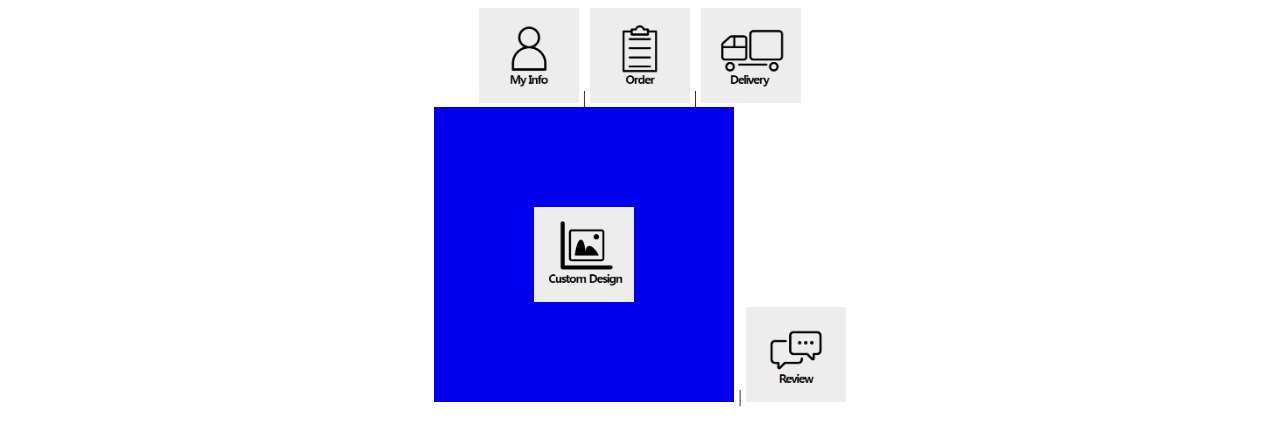
Repository: sjeong12/Photos
Page: http://localhost/LSJ_PHOTO/myPage.jsp
An editor plug-in stored every save of this project. The page is shown before and after the next save, followed by the edit.
The browser window is 1280 px wide. The pictures show the whole page.
The page is served by Tomcat 9. Other server files are loaded and not shown.

Above is the page before, as saved 2016-12-06 08:43:02.

### LSJ_PHOTO/WebContent/myPage.jsp
<%@ page contentType="text/html;charset=utf-8" %>
<html><head><title>ONLINE PHOTO STUDIO</title></head>
<body>

<div id="bottom" style="text-align:center;">
		<%String userid = (String)session.getAttribute("G_MEMID");%>
		<a href="/LSJ_PHOTO/home.jsp?page=/ch09/member_update&puserid=<%= userid %>">
		<img src="homepageImage/MyPage/myInfo.png" width="100"/></a> |
		<a href="/LSJ_PHOTO/home.jsp?page=/ch09/member_update&puserid=<%= userid %>">
		<img src="homepageImage/MyPage/order.png" width="100"/></a> |
		<a href="/LSJ_PHOTO/home.jsp?page=/ch09/member_update&puserid=<%= userid %>">
		<img src="homepageImage/MyPage/delivery.png" width="100"/></a>
		<br/>
		<a href="/LSJ_PHOTO/home.jsp?page=/ch09/member_update&puserid=<%= userid %>">
		<img src="homepageImage/MyPage/customDesign.png" border="100" width="100"/></a> |
		<a href="/LSJ_PHOTO/home.jsp?page=/boardD/boardDlist">
		<img src="homepageImage/MyPage/review.png" width="100"/></a>
</div>
</BODY>
</HTML>

After the next save:
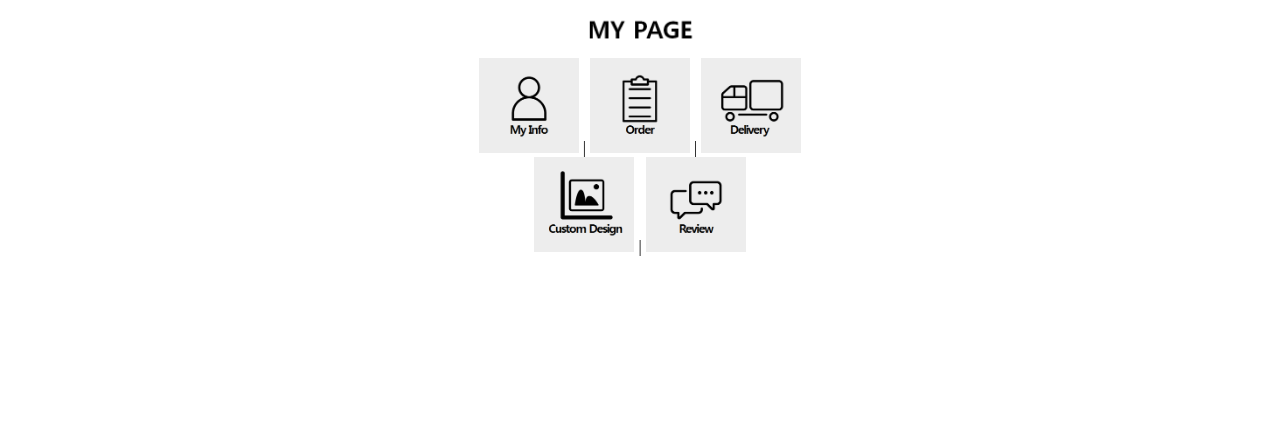
Saved 82 s later.
--- a/LSJ_PHOTO/WebContent/myPage.jsp
+++ b/LSJ_PHOTO/WebContent/myPage.jsp
@@ -4,6 +4,9 @@
 
 <div id="bottom" style="text-align:center;">
 		<%String userid = (String)session.getAttribute("G_MEMID");%>
+
+		<img src="homepageImage/MyPage/title_myPage.png" height="50"/><br/>
+
 		<a href="/LSJ_PHOTO/home.jsp?page=/ch09/member_update&puserid=<%= userid %>">
 		<img src="homepageImage/MyPage/myInfo.png" width="100"/></a> |
 		<a href="/LSJ_PHOTO/home.jsp?page=/ch09/member_update&puserid=<%= userid %>">
@@ -12,7 +15,7 @@
 		<img src="homepageImage/MyPage/delivery.png" width="100"/></a>
 		<br/>
 		<a href="/LSJ_PHOTO/home.jsp?page=/ch09/member_update&puserid=<%= userid %>">
-		<img src="homepageImage/MyPage/customDesign.png" border="100" width="100"/></a> |
+		<img src="homepageImage/MyPage/customDesign.png" width="100"/></a> |
 		<a href="/LSJ_PHOTO/home.jsp?page=/boardD/boardDlist">
 		<img src="homepageImage/MyPage/review.png" width="100"/></a>
 </div>
